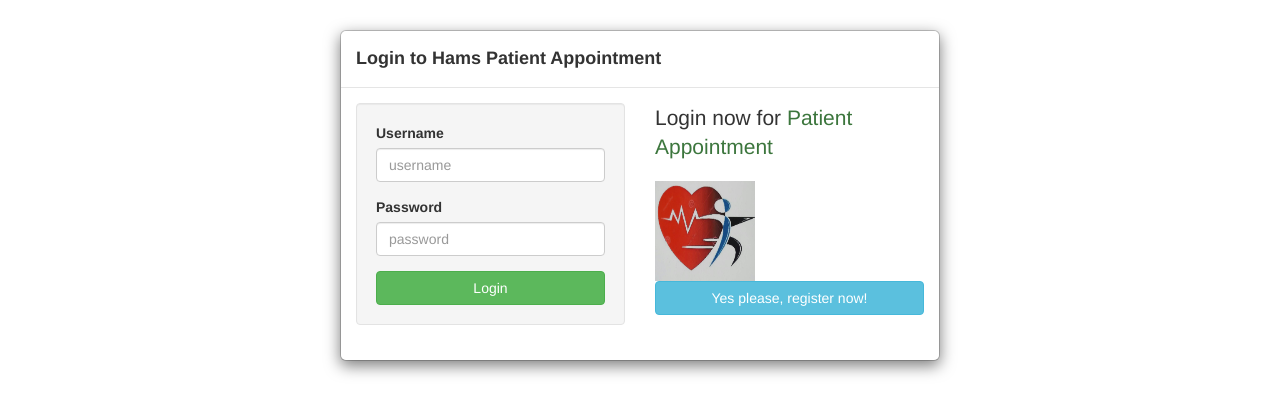
Repository: shiveshk/PullData
Page: http://localhost/Hams/
These files come from the project's save history. The page is drawn as it stood at one moment and after the next save; the edit follows.
The browser window is 1280 px wide. The pictures show the whole page.
The page is served by Tomcat 9. Nobody is signed in. The application's start-up code is not run. Other server files are loaded and not shown.

Above is the page before, as saved 2015-11-05 06:40:29.
Console error (its wording comes from the project's code and is left out).

### Hams/WebContent/index.jsp
<%@ page language="java" contentType="text/html; charset=ISO-8859-1"
    pageEncoding="ISO-8859-1"%>
<!DOCTYPE html>
<html>
<head>
<meta http-equiv="Content-Type" content="text/html; charset=ISO-8859-1">
<link rel="stylesheet" href="http://maxcdn.bootstrapcdn.com/bootstrap/3.3.5/css/bootstrap.min.css">
  <script src="http://maxcdn.bootstrapcdn.com/bootstrap/3.3.5/js/bootstrap.min.js"></script>
  <link rel="stylesheet" type="text/css" href="style.css"/>
<title>Login</title>
<style>
img {
	align: center;
	margin: auto;
	bottom: 100px;
    height: 100px;
    width: 100px;
}
</style>

</head>



<body>



    <div id="login-overlay" class="modal-dialog">
      <div class="modal-content">
          <div class="modal-header">
              <h4 class="modal-title" id="myModalLabel"><b>Login to Hams Patient Appointment </b></h4>
          </div>
          <div class="modal-body">
              <div class="row">
                  <div class="col-xs-6">
                      <div class="well">
                          <form id="loginForm" method="POST" action="LoginServlet">
                              <div class="form-group">
                                  <label for="username" class="control-label">Username</label>
                                  <input type="text" class="form-control" name="name" value=""  title="Please enter your username" placeholder="username">
                                  <span class="help-block"></span>
                              </div>

                              <div class="form-group">
                                  <label for="password" class="control-label">Password</label>
                                  <input type="password" class="form-control" name="password" placeholder="password" value="" title="Please enter your password">
                                  <span class="help-block"></span>
                              </div>

                              <button type="submit" value="login" name="submit" class="btn btn-success btn-block">Login</button>
                          </form>
                      </div>
                  </div>

                  <div class="col-xs-6">
                      <p class="lead">Login now for <span class="text-success">Patient Appointment</span></p>
                      <img src = "images/HAMSLogo.jpg" alt="hamslogo" />
                      <p><a href="/new-customer/" class="btn btn-info btn-block">Yes please, register now!</a></p>
                  </div>
                  </div>

      </div>
</div>
  </div>





</body>
</html>

### Hams/WebContent/style/style.css
@CHARSET "ISO-8859-1";
/* Basic Grey */
.basic-grey {
    margin-left:auto;
    margin-right:auto;
    max-width: 500px;
    background: #F7F7F7;
    padding: 25px 15px 25px 10px;
    font: 12px Georgia, "Times New Roman", Times, serif;
    color: #888;
    text-shadow: 1px 1px 1px #FFF;
    border:1px solid #E4E4E4;
}
.basic-grey h1 {
    font-size: 25px;
    padding: 0px 0px 10px 40px;
    display: block;
    border-bottom:1px solid #E4E4E4;
    margin: -10px -15px 30px -10px;;
    color: #888;
}
.basic-grey h1>span {
    display: block;
    font-size: 11px;
}
.basic-grey label {
    display: block;
    margin: 0px;
}
.basic-grey label>span {
    float: left;
    width: 20%;
    text-align: right;
    padding-right: 10px;
    margin-top: 10px;
    color: #888;
}
.basic-grey input[type="text"], .basic-grey input[type="email"], .basic-grey textarea, .basic-grey select {
    border: 1px solid #DADADA;
    color: #888;
    height: 30px;
    margin-bottom: 16px;
    margin-right: 6px;
    margin-top: 2px;
    outline: 0 none;
    padding: 3px 3px 3px 5px;
    width: 70%;
    font-size: 12px;
    line-height:15px;
    box-shadow: inset 0px 1px 4px #ECECEC;
    -moz-box-shadow: inset 0px 1px 4px #ECECEC;
    -webkit-box-shadow: inset 0px 1px 4px #ECECEC;
}
.basic-grey textarea{
    padding: 5px 3px 3px 5px;
}
.basic-grey select {
    background: #FFF url('down-arrow.png') no-repeat right;
    background: #FFF url('down-arrow.png') no-repeat right);
    appearance:none;
    -webkit-appearance:none;
    -moz-appearance: none;
    text-indent: 0.01px;
    text-overflow: '';
    width: 70%;
    height: 35px;
    line-height: 25px;
}
.basic-grey textarea{
    height:100px;
}
.basic-grey .button {
    background: #E27575;
    border: none;
    padding: 10px 25px 10px 25px;
    color: #FFF;
    box-shadow: 1px 1px 5px #B6B6B6;
    border-radius: 3px;
    text-shadow: 1px 1px 1px #9E3F3F;
    cursor: pointer;
}
.basic-grey .button:hover {
    background: #CF7A7A
}

After the next save:
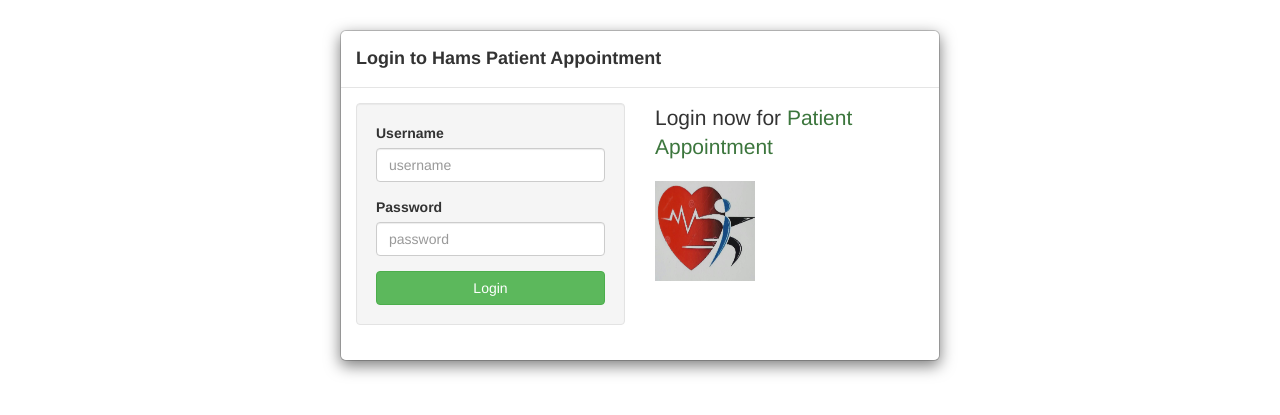
Saved 39 s later.
--- a/Hams/WebContent/index.jsp
+++ b/Hams/WebContent/index.jsp
@@ -56,7 +56,7 @@ img {
                   <div class="col-xs-6">
                       <p class="lead">Login now for <span class="text-success">Patient Appointment</span></p>
                       <img src = "images/HAMSLogo.jpg" alt="hamslogo" />
-                      <p><a href="/new-customer/" class="btn btn-info btn-block">Yes please, register now!</a></p>
+
                   </div>
                   </div>
 
